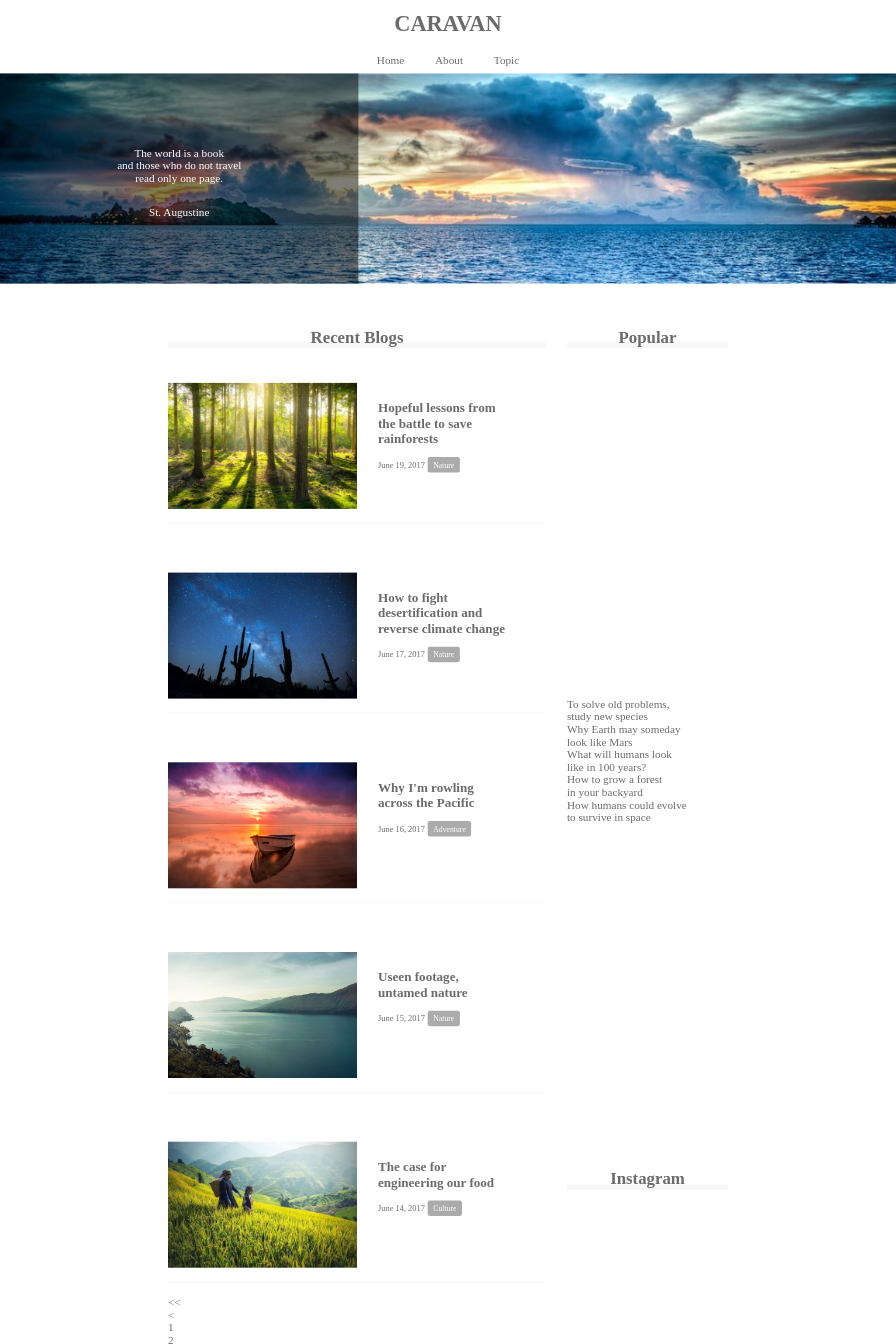
Repository: yukito7878/HTML-CSS-practice
Page: caravan/index8.html
The author's editor kept a record of every edit. The page is drawn from the files as they stood at one moment, then again after the next edit.
The browser window is 1280 px wide. The pictures show the part of the page from y = 0 to 1920 px (the page is 4464 px tall before and 2168 px after), at 70% of full size.

Above is the page before.

After the next edit:
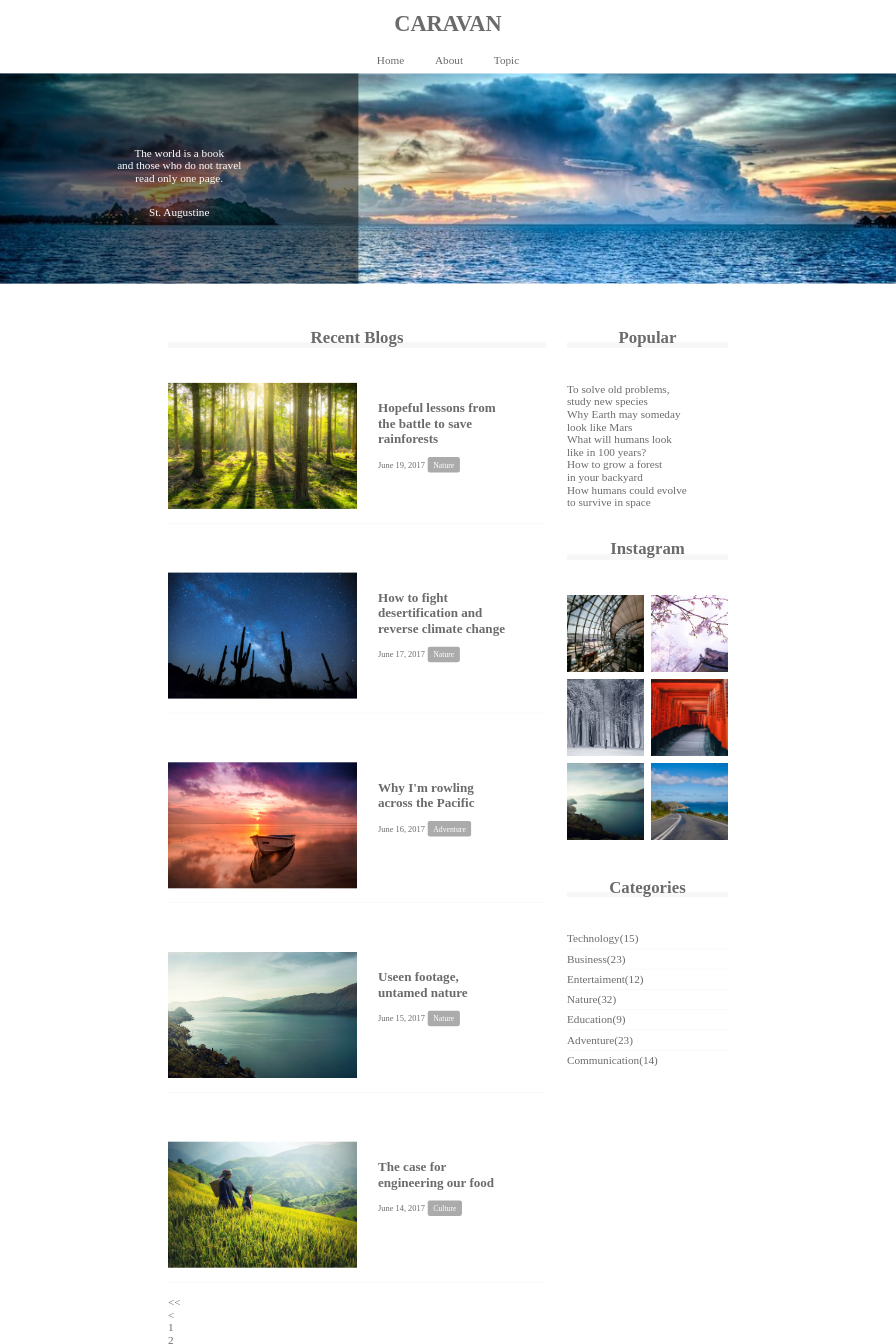
The edit:
--- a/caravan/style8.css
+++ b/caravan/style8.css
@@ -153,7 +153,7 @@
 }
 
 .sidebar-contents{
-  padding: 500px 0;
+  padding: 50px 0;
 }
 
 .popular-text, .categories-text{
